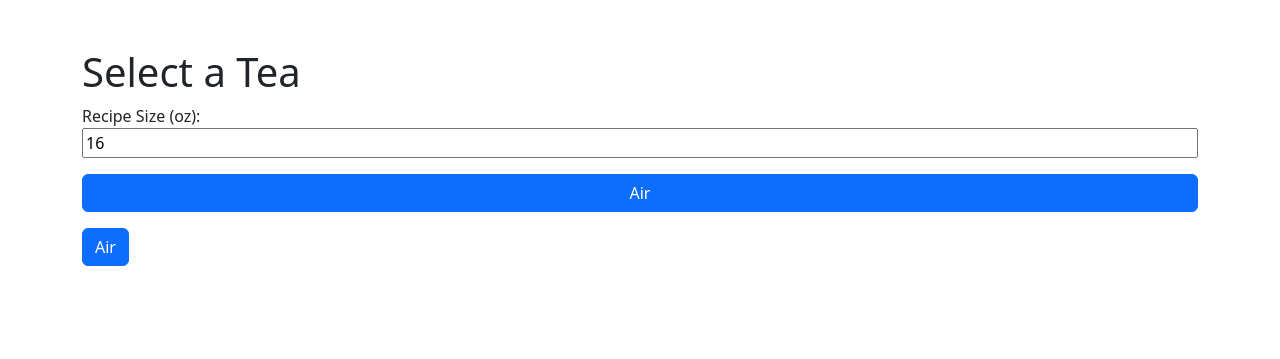
Repository: ChaidGPT/CKBatchHelper
Page: index.html
An editor plug-in stored every save of this project. The page is shown before and after the next save, followed by the edit.
The browser window is 1280 px wide. The pictures show the whole page.

Above is the page before, as saved 2023-06-27 11:41:41.

### index.html
<!DOCTYPE html>
<html lang="en">

<head>
  <meta charset="UTF-8">
  <meta name="viewport" content="width=device-width, initial-scale=1.0">
  <title>Your One-Page Website</title>
  <!-- Bootstrap CSS -->
  <link href="https://cdn.jsdelivr.net/npm/bootstrap@5.3.0/dist/css/bootstrap.min.css" rel="stylesheet"
    integrity="sha384-9ndCyUaIbzAi2FUVXJi0CjmCapSmO7SnpJef0486qhLnuZ2cdeRhO02iuK6FUUVM" crossorigin="anonymous">
</head>

<body>
  <!-- Main content -->
  <main>
    <section id="section1" class="py-5">
      <div class="container">
        <h1>Select a Tea</h1>
        <div class="d-flex flex-column">
          <label for="recipeSize">Recipe Size (oz):</label>
          <input type="number" id="recipeSize" min="1" value="16" step="1">
          <button class="btn btn-primary mt-3" type="button" data-bs-toggle="collapse" data-bs-target="#airCollapse"
            aria-expanded="false" aria-controls="airCollapse">
            Air
          </button>
          <!-- Add more buttons here -->
        </div>
        <div class="collapse mt-3" id="airCollapse">
          <div class="card card-body">
            <table class="table">
              <thead>
                <tr>
                  <th>Ingredient</th>
                  <th>Quantity (oz)</th>
                </tr>
              </thead>
              <tbody>
                <tr>
                  <td>Dandelion Leaf</td>
                  <td class="ingredientQty" data-ingredient="dandelionLeaf" data-base-quantity="4">4</td>
                </tr>
                <tr>
                  <td>Borage</td>
                  <td class="ingredientQty" data-ingredient="borage" data-base-quantity="3">3</td>
                </tr>
                <tr>
                  <td>Peppermint Leaf</td>
                  <td class="ingredientQty" data-ingredient="peppermintLeaf" data-base-quantity="3">3</td>
                </tr>
                <tr>
                  <td>Lavender</td>
                  <td class="ingredientQty" data-ingredient="lavender" data-base-quantity="1">1</td>
                </tr>
                <tr>
                  <td>Lemongrass</td>
                  <td class="ingredientQty" data-ingredient="lemongrass" data-base-quantity="3">3</td>
                </tr>
                <tr>
                  <td>Honeysuckle</td>
                  <td class="ingredientQty" data-ingredient="honeysuckle" data-base-quantity="2">2</td>
                </tr>
              </tbody>
            </table>
          </div>
        </div>
        <button class="btn btn-primary mt-3" type="button" data-bs-toggle="collapse" data-bs-target="#airCollapse"
            aria-expanded="false" aria-controls="airCollapse">
            Air
          </button>
          <!-- Add more buttons here -->
        </div>
        <div class="collapse mt-3" id="airCollapse">
          <div class="card card-body">
            <table class="table">
              <thead>
                <tr>
                  <th>Ingredient</th>
                  <th>Quantity (oz)</th>
                </tr>
              </thead>
              <tbody>
                <tr>
                  <td>Dandelion Leaf</td>
                  <td class="ingredientQty" data-ingredient="dandelionLeaf" data-base-quantity="4">4</td>
                </tr>
                <tr>
                  <td>Borage</td>
                  <td class="ingredientQty" data-ingredient="borage" data-base-quantity="3">3</td>
                </tr>
                <tr>
                  <td>Peppermint Leaf</td>
                  <td class="ingredientQty" data-ingredient="peppermintLeaf" data-base-quantity="3">3</td>
                </tr>
                <tr>
                  <td>Lavender</td>
                  <td class="ingredientQty" data-ingredient="lavender" data-base-quantity="1">1</td>
                </tr>
                <tr>
                  <td>Lemongrass</td>
                  <td class="ingredientQty" data-ingredient="lemongrass" data-base-quantity="3">3</td>
                </tr>
                <tr>
                  <td>Honeysuckle</td>
                  <td class="ingredientQty" data-ingredient="honeysuckle" data-base-quantity="2">2</td>
                </tr>
              </tbody>
            </table>
          </div>
        </div>
      </div>
    </section>
  </main>

  <!-- Bootstrap JS -->
  <script src="https://cdn.jsdelivr.net/npm/bootstrap@5.3.0/dist/js/bootstrap.bundle.min.js"
    integrity="sha384-geWF76RCwLtnZ8qwWowPQNguL3RmwHVBC9FhGdlKrxdiJJigb/j/68SIy3Te4Bkz" crossorigin="anonymous"></script>

  <script>
    document.addEventListener('DOMContentLoaded', function () {
      const recipeSizeInput = document.getElementById('recipeSize');
      const ingredientQtyElements = document.getElementsByClassName('ingredientQty');

      function updateIngredientQuantities() {
        const size = parseFloat(recipeSizeInput.value);
        if (!isNaN(size) && size > 0) {
          for (const element of ingredientQtyElements) {
            const baseQuantity = parseFloat(element.dataset.baseQuantity);
            if (!isNaN(baseQuantity) && baseQuantity > 0) {
              element.textContent = (baseQuantity * size / 16).toFixed(2);
            }
          }
        }
      }

      recipeSizeInput.addEventListener('input', updateIngredientQuantities);

      // Initial calculation on page load
      updateIngredientQuantities();
    });
  </script>
</body>

</html>

After the next save:
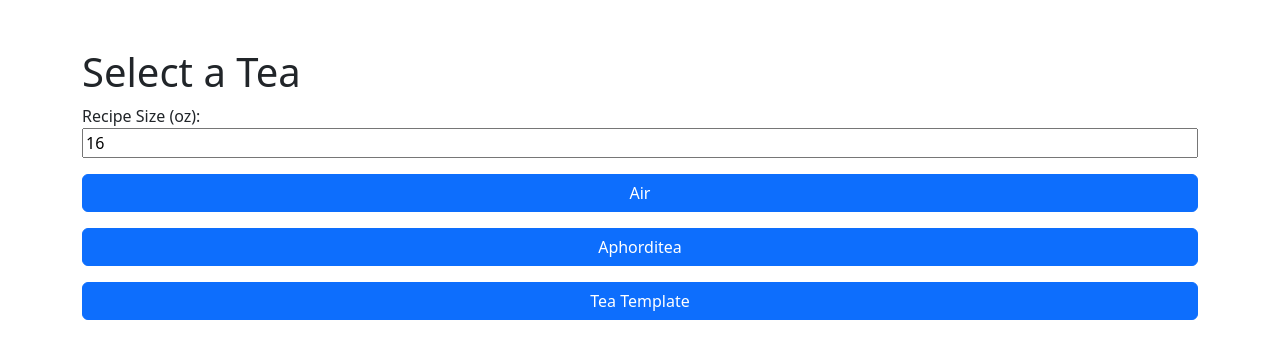
Saved 7 min 3 s later.
--- a/index.html
+++ b/index.html
@@ -16,6 +16,7 @@
     <section id="section1" class="py-5">
       <div class="container">
         <h1>Select a Tea</h1>
+        <!-- Air tea starts -->
         <div class="d-flex flex-column">
           <label for="recipeSize">Recipe Size (oz):</label>
           <input type="number" id="recipeSize" min="1" value="16" step="1">
@@ -23,8 +24,28 @@
             aria-expanded="false" aria-controls="airCollapse">
             Air
           </button>
-          <!-- Add more buttons here -->
         </div>
+        <!-- Air tea ends -->
+
+        <!-- Aphorditea starts -->
+        <div class="d-flex flex-column">
+          <button class="btn btn-primary mt-3" type="button" data-bs-toggle="collapse" data-bs-target="#aphorditeaCollapse"
+            aria-expanded="false" aria-controls="aphorditeaCollapse">
+            Aphorditea
+          </button>
+        </div>
+        <!-- Aphorditea ends -->
+
+        <!-- Tea template starts -->
+        <div class="d-flex flex-column">
+          <button class="btn btn-primary mt-3" type="button" data-bs-toggle="collapse" data-bs-target="#teaTemplateCollapse"
+            aria-expanded="false" aria-controls="teaTemplateCollapse">
+            Tea Template
+          </button>
+        </div>
+        <!-- Tea template ends -->
+
+        <!-- Air tea collapse content -->
         <div class="collapse mt-3" id="airCollapse">
           <div class="card card-body">
             <table class="table">
@@ -63,13 +84,9 @@
             </table>
           </div>
         </div>
-        <button class="btn btn-primary mt-3" type="button" data-bs-toggle="collapse" data-bs-target="#airCollapse"
-            aria-expanded="false" aria-controls="airCollapse">
-            Air
-          </button>
-          <!-- Add more buttons here -->
-        </div>
-        <div class="collapse mt-3" id="airCollapse">
+
+        <!-- Aphorditea collapse content -->
+        <div class="collapse mt-3" id="aphorditeaCollapse">
           <div class="card card-body">
             <table class="table">
               <thead>
@@ -80,62 +97,96 @@
               </thead>
               <tbody>
                 <tr>
-                  <td>Dandelion Leaf</td>
-                  <td class="ingredientQty" data-ingredient="dandelionLeaf" data-base-quantity="4">4</td>
+                  <td>Dehydrated Apples</td>
+                  <td class="ingredientQty" data-ingredient="dehydratedApples" data-base-quantity="3">3</td>
                 </tr>
                 <tr>
-                  <td>Borage</td>
-                  <td class="ingredientQty" data-ingredient="borage" data-base-quantity="3">3</td>
+                  <td>Rose Petals</td>
+                  <td class="ingredientQty" data-ingredient="rosePetals" data-base-quantity="4">4</td>
                 </tr>
                 <tr>
-                  <td>Peppermint Leaf</td>
-                  <td class="ingredientQty" data-ingredient="peppermintLeaf" data-base-quantity="3">3</td>
+                  <td>Rosehips</td>
+                  <td class="ingredientQty" data-ingredient="rosehips" data-base-quantity="3">3</td>
                 </tr>
                 <tr>
-                  <td>Lavender</td>
-                  <td class="ingredientQty" data-ingredient="lavender" data-base-quantity="1">1</td>
+                  <td>Linden</td>
+                  <td class="ingredientQty" data-ingredient="linden" data-base-quantity="2">2</td>
                 </tr>
                 <tr>
-                  <td>Lemongrass</td>
-                  <td class="ingredientQty" data-ingredient="lemongrass" data-base-quantity="3">3</td>
+                  <td>Oregano</td>
+                  <td class="ingredientQty" data-ingredient="oregano" data-base-quantity="1">1</td>
                 </tr>
                 <tr>
-                  <td>Honeysuckle</td>
-                  <td class="ingredientQty" data-ingredient="honeysuckle" data-base-quantity="2">2</td>
+                  <td>Hawthorn Berries</td>
+                  <td class="ingredientQty" data-ingredient="hawthornBerries" data-base-quantity="3">3</td>
                 </tr>
               </tbody>
             </table>
           </div>
         </div>
+
+        <!-- Tea template collapse content -->
+        <div class="collapse mt-3" id="teaTemplateCollapse">
+          <div class="card card-body">
+            <table class="table">
+              <thead>
+                <tr>
+                  <th>Ingredient</th>
+                  <th>Quantity (oz)</th>
+                </tr>
+              </thead>
+              <tbody>
+                <tr>
+                  <td>Ingredient 1</td>
+                  <td class="ingredientQty" data-ingredient="ingredient1" data-base-quantity="0">0</td>
+                </tr>
+                <tr>
+                  <td>Ingredient 2</td>
+                  <td class="ingredientQty" data-ingredient="ingredient2" data-base-quantity="0">0</td>
+                </tr>
+                <tr>
+                  <td>Ingredient 3</td>
+                  <td class="ingredientQty" data-ingredient="ingredient3" data-base-quantity="0">0</td>
+                </tr>
+                <tr>
+                  <td>Ingredient 4</td>
+                  <td class="ingredientQty" data-ingredient="ingredient4" data-base-quantity="0">0</td>
+                </tr>
+                <tr>
+                  <td>Ingredient 5</td>
+                  <td class="ingredientQty" data-ingredient="ingredient5" data-base-quantity="0">0</td>
+                </tr>
+                <tr>
+                  <td>Ingredient 6</td>
+                  <td class="ingredientQty" data-ingredient="ingredient6" data-base-quantity="0">0</td>
+                </tr>
+              </tbody>
+            </table>
+          </div>
+        </div>
+
       </div>
     </section>
+
   </main>
 
   <!-- Bootstrap JS -->
   <script src="https://cdn.jsdelivr.net/npm/bootstrap@5.3.0/dist/js/bootstrap.bundle.min.js"
     integrity="sha384-geWF76RCwLtnZ8qwWowPQNguL3RmwHVBC9FhGdlKrxdiJJigb/j/68SIy3Te4Bkz" crossorigin="anonymous"></script>
-
   <script>
-    document.addEventListener('DOMContentLoaded', function () {
-      const recipeSizeInput = document.getElementById('recipeSize');
-      const ingredientQtyElements = document.getElementsByClassName('ingredientQty');
-
-      function updateIngredientQuantities() {
-        const size = parseFloat(recipeSizeInput.value);
-        if (!isNaN(size) && size > 0) {
-          for (const element of ingredientQtyElements) {
-            const baseQuantity = parseFloat(element.dataset.baseQuantity);
-            if (!isNaN(baseQuantity) && baseQuantity > 0) {
-              element.textContent = (baseQuantity * size / 16).toFixed(2);
-            }
-          }
+    document.addEventListener("DOMContentLoaded", function () {
+      // Recipe size input event listener
+      const recipeSizeInput = document.getElementById("recipeSize");
+      recipeSizeInput.addEventListener("input", function () {
+        const recipeSize = parseInt(this.value);
+        const ingredientQtyElements = document.getElementsByClassName("ingredientQty");
+        for (let i = 0; i < ingredientQtyElements.length; i++) {
+          const ingredientQtyElement = ingredientQtyElements[i];
+          const baseQuantity = parseFloat(ingredientQtyElement.dataset.baseQuantity);
+          const newQuantity = baseQuantity * (recipeSize / 16);
+          ingredientQtyElement.textContent = newQuantity.toFixed(1);
         }
-      }
-
-      recipeSizeInput.addEventListener('input', updateIngredientQuantities);
-
-      // Initial calculation on page load
-      updateIngredientQuantities();
+      });
     });
   </script>
 </body>
